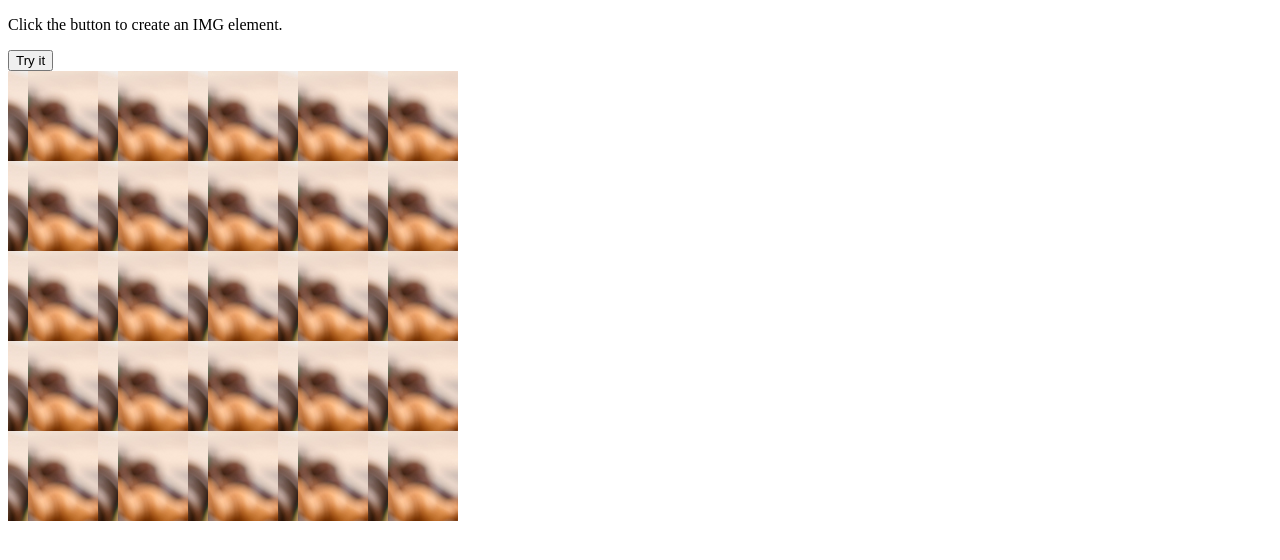
Repository: rashmikagamage/puzzle-vanila-js
Page: index.html
The author's editor kept a copy of each file at every save. The page is drawn from the files as they stood at one save, then again after the next save.
The browser window is 1280 px wide. The pictures show the whole page.
After loading, the first visible `button` was clicked once.

Above is the page before, as saved 2020-08-05 21:57:14.

### index.html
<!DOCTYPE html>
<html>

<head>
    <link rel="stylesheet" type="text/css" href="./style.css">
</head>

<body>

    <p>Click the button to create an IMG element.</p>

    <button onclick="myFunction(5)">Try it</button>
    <div class="gridContainer" id="imgContainer"></div>
    <script src="./function.js">
    </script>

</body>

</html>

### style.css
.gridContainer {
    display: grid;
}

### function.js
function myFunction(num) {

    let cellSize = 450 / num + "px";
    let diff = 100 / num;
    let grid = "";
    let row = num;
    let col = num;
    let idCount = 0
    let xPosition = 00;
    let yPosition = 60;
    console.log(cellSize)

    for (let i = 0; i < num; i++) {
        grid = grid + cellSize + " ";
    }

    document.getElementById("imgContainer").style.gridTemplateColumns = grid;

    for (let i = 0; i < row; i++) {

        let yPosition = 0;

        for (let j = 0; j < col; j++) {

            var x = document.createElement("div");
            x.style.width = cellSize;
            x.style.height = cellSize;
            x.style.backgroundImage = "url('./chess.jpg')"
            x.style.backgroundPosition = "20px 0px" //xPosition + "% " + yPosition + "%"
            x.id = "img" + idCount;
            document.getElementById("imgContainer").appendChild(x);
            // yPosition = yPosition + (100/num);
        }
        // xPosition = xPosition + (100/num);
    }
}

After the next save:
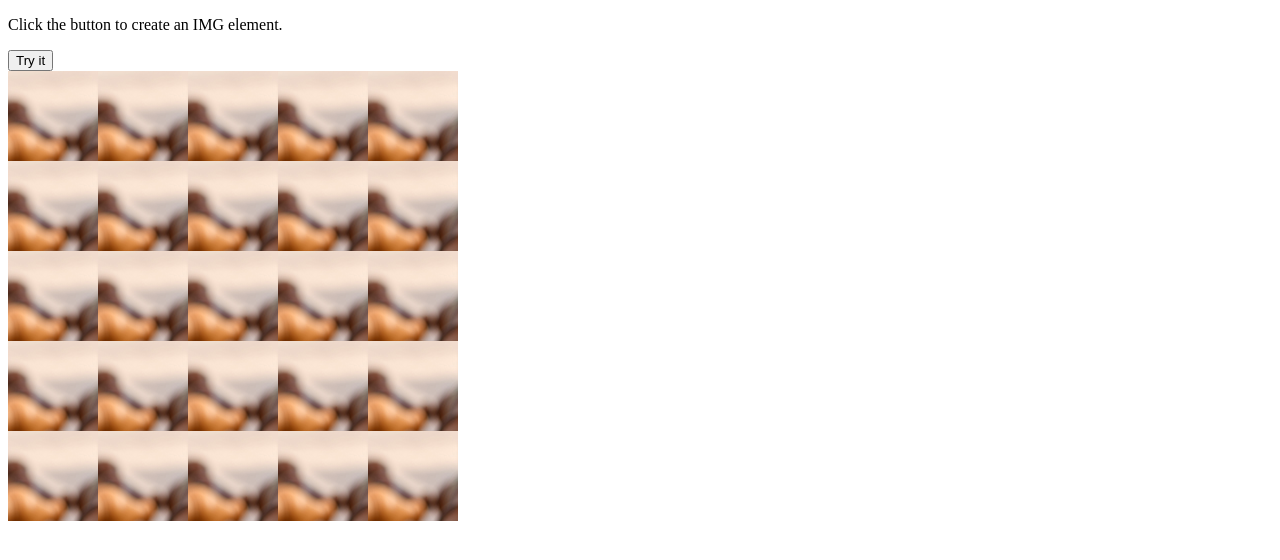
Saved 91 s later.
--- a/function.js
+++ b/function.js
@@ -26,7 +26,7 @@
             x.style.width = cellSize;
             x.style.height = cellSize;
             x.style.backgroundImage = "url('./chess.jpg')"
-            x.style.backgroundPosition = "20px 0px" //xPosition + "% " + yPosition + "%"
+            x.style.backgroundPosition = "-20px 0px" //xPosition + "% " + yPosition + "%"
             x.id = "img" + idCount;
             document.getElementById("imgContainer").appendChild(x);
             // yPosition = yPosition + (100/num);
